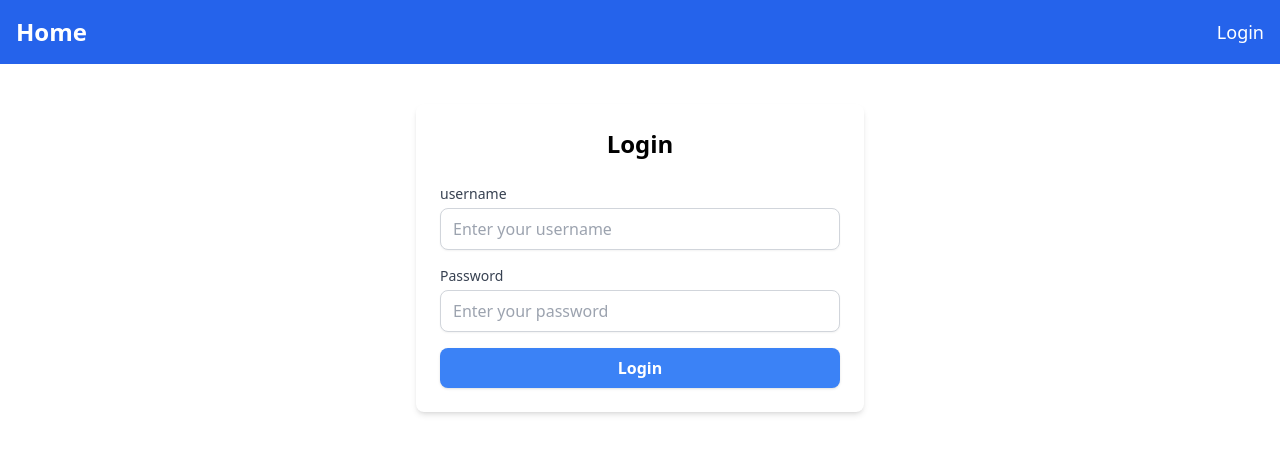
Repository: Ademaulana100499/learnReact
Page: /login
The author's editor kept a copy of each file at every save. The page is drawn from the files as they stood at one save, then again after the next save.
The browser window is 1280 px wide. The pictures show the whole page.
The project was rebuilt for these pictures with package versions that can differ from the ones it lists, and the page was loaded fresh each time. Also part of the build but not shown: vite.config.js, src/pages/HomePage/index.jsx, src/pages/DetailPage/index.jsx, src/routes/ProtectedRoute.jsx.

Above is the page before, as saved 2024-12-15 14:55:33.

After the next save:
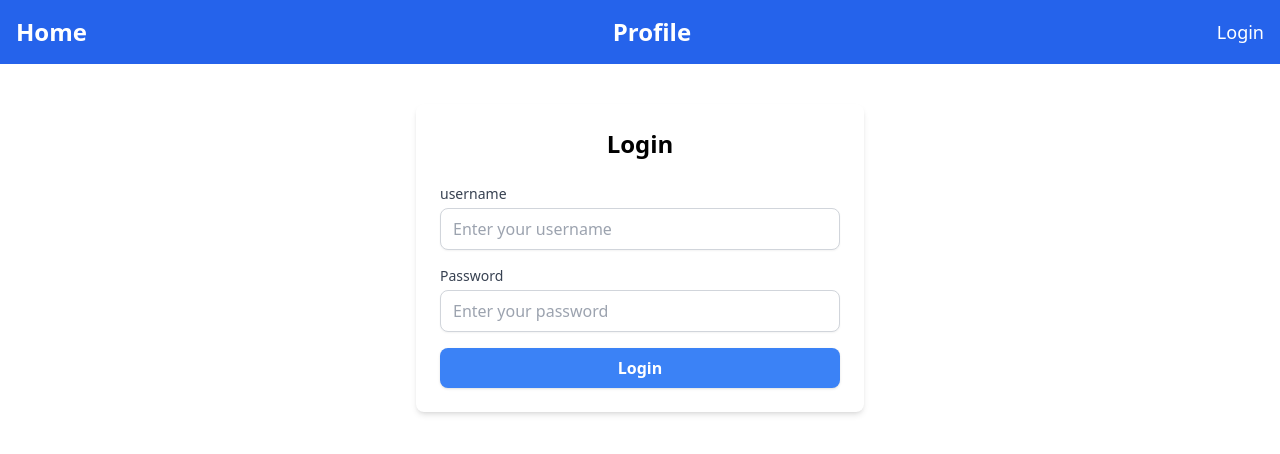
Saved 65 s later.
--- a/src/components/Navbar/index.jsx
+++ b/src/components/Navbar/index.jsx
@@ -21,6 +21,14 @@
             Home
           </Link>
         </div>
+        <div>
+          <Link
+            to="/"
+            className="text-2xl font-semibold transition-colors hover:text-gray-300"
+          >
+            Profile
+          </Link>
+        </div>
         <div className="space-x-6">
           {token ? (
             <button
